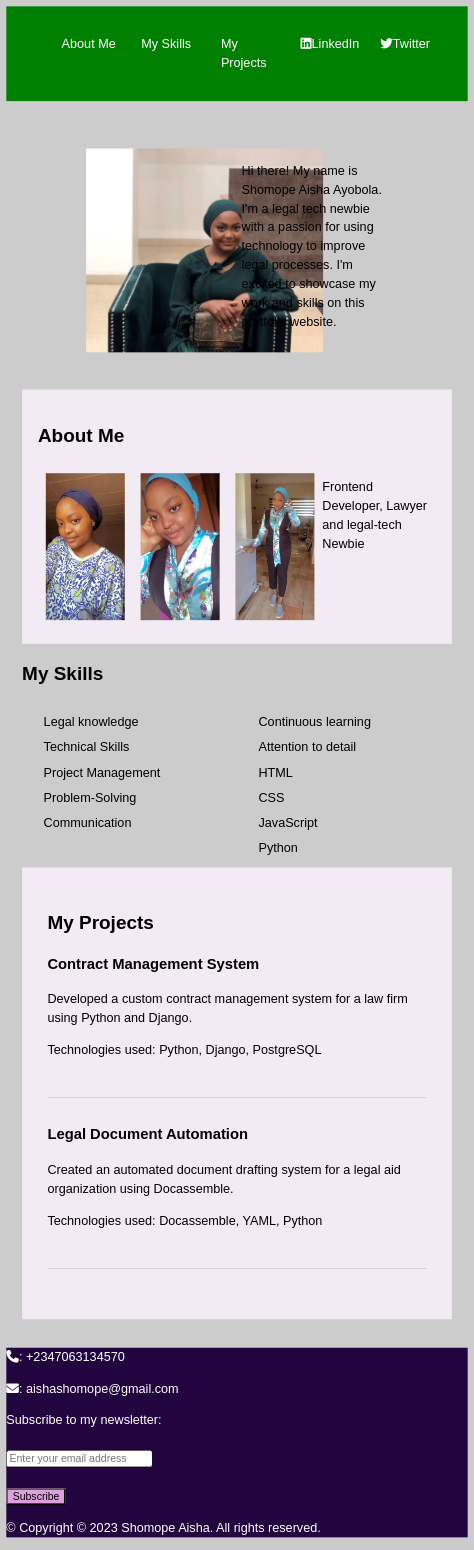
Repository: Iyewande/AishasPortfolio
Page: Index.html
An editor plug-in stored every save of this project. The page is shown before and after the next save, followed by the edit.
The browser window is 600 px wide. The pictures show the whole page, at 79% of full size.
Some web libraries are served in a nearby version.

Above is the page before, as saved 2023-05-04 23:37:23.

### Index.html
<!DOCTYPE html>
<html lang="en">
    <head>
        <meta charset="UTF-8">
        <meta http-equiv="X-UA-Compatible" content="IE=edge">
        <meta name="viewport" content="width=device-width, initial-scale=1.0">
        <title>My Legal Tech Portfolio</title>
        <link rel="stylesheet" href="Style.css">
        <script src="https://kit.fontawesome.com/dcc74d8766.js" crossorigin="anonymous"></script>
    </head>
    <body>
        <div class="main-container">
        <!-- This HTML code creates a simple portfolio website with three main sections: About Me, My Projects, and My Skills.
            The navigation menu allows visitors to easily navigate between the sections of the website. The CSS styling for
            this website is located in a separate style.css file. -->
        <header id="header">
            <div>

            </div>
            <nav>
                <ul>
                    <li><a href="#about">About Me</a></li>
                    <li><a href="#skills">My Skills</a></li>
                    <li><a href="#projects">My Projects</a></li>
                    <li><a href="https://www.linkedin.com/in/shomope-aisha-ayobola/"><i class="fa-brands fa-linkedin"></i>LinkedIn</a></li>
                    <li><a href="https://twitter.com/ShomopeAisha"><i class="fa-brands fa-twitter"></i>Twitter</a></li>
                  </ul>
            </nav>
        </header>
        <main>
            <section id="landingPage">
                <div id="image">
                    <img id="img" src="E17CF07F-F5B1-4C94-9C3E-8D25C5FEC29B.jpg" alt="A picture of me">
                </div>
                <div id="heading">
                    <p>Hi there! My name is Shomope Aisha Ayobola.  I'm a legal tech newbie with a passion for using technology to improve legal processes. I'm excited to
                        showcase my work and skills on this portfolio website.
                    </p>
                </div>

            </section>
            <section  id="about">
                <div id="aboutMe">
                    <h2>About Me</h2>
                </div>
                <div id="secondrow2">
                    <div id="gallery">
                        <img id="me1" src="IMG_0573.JPG" alt="My picture">
                        <img id="me2" src="IMG_2036.JPG" alt="My picture">
                        <img id="me3" src="IMG_2049.JPG" alt="My picture">
                    </div>
                    <div id="paragraph">
                        <p>
                            Frontend Developer, Lawyer and legal-tech Newbie
                        </p>
                    </div>
                </div>

            </section>
              <section id="skills">
                <div id="mySkills">
                    <h2>My Skills</h2>
                </div>
               <div id="list">
                    <div id="unordered">
                         <p>Legal knowledge</p>
                         <p>Technical Skills</p>
                         <p>Project Management</p>
                         <p>Problem-Solving</p>
                         <p>Communication</p>
                    </div>
                    <div id="ordered">
                        <p>Continuous learning</p>
                        <p>Attention to detail</p>
                        <p>HTML</p>
                        <p>CSS</p>
                        <p>JavaScript</p>
                        <p>Python</p>
                </div>
              </section>
              <section id="projects">
                <div class="main-container"></div>
                <h2>My Projects</h2>
                <ul>
                  <li>
                    <h3>Contract Management System</h3>
                    <p>Developed a custom contract management system for a law firm using Python and Django.</p>
                    <p>Technologies used: Python, Django, PostgreSQL</p>
                  </li>
                  <li>
                    <h3>Legal Document Automation</h3>
                    <p>Created an automated document drafting system for a legal aid organization using Docassemble.</p>
                    <p>Technologies used: Docassemble, YAML, Python</p>
                  </li>
                </ul>
              </section>
              <section>
                <!-- <h3 id="futureProjects">Future projects</h3> -->
                <!-- As a complete legal tech newbie with only legal knowledge, HTML, and CSS skills, you can still build a portfolio
                       that showcases your abilities and potential. Here are some project ideas: -->

                <!-- <ul>
                    <li>
                        <h3>Legal blog or website</h3>
                        <p>Create a blog or website that discusses legal topics, provides legal advice, or offers legal services.</p>
                        <p>Tools:My HTML and CSS skills to design and build the website, and my legal knowledge to create
                            engaging and informative content.</p>
                    </li>
                    <li>
                        <h3>Legal case study</h3>
                        <p> Analyze a legal case and create a detailed report that summarizes the facts, legal issues, and outcomes.</p>
                    </li>
                    <li>
                        <h3>Legal newsletter</h3>
                        <p>Develop a newsletter that provides updates on legal news, recent court decisions, or changes in legislation.</p>
                    </li>
                    <li>
                        <h3>Legal Podcast </h3>
                        <p>Create a podcast that discusses legal topics or features interviews with legal professionals.</p>
                    </li>
                    <li>
                        <h3>Legal infographic</h3>
                        <p>Create an infographic that explains a legal concept or process in a visually engaging way.</p>
                    </li>
                    <h3>Legal research database</h3>
                    <p>Build a legal research database that allows users to search for legal cases or statutes using keywords, topics, and other criteria.</p>
                    </li>
                    <li>
                        <h3>Document automation</h3>
                        <p>Develop a tool that automates the creation of legal documents, such as contracts or agreements, using templates and user input.</p>
                    </li>
                    <li>
                        <h3>Contract management system</h3>
                        <p>Create a system that manages the entire contract lifecycle, from drafting to negotiation to execution and beyond.</p>
                    </li>
                    <li>
                        <h3>Compliance tracking tool</h3>
                        <p>Build a tool that helps companies track their compliance with legal regulations, such as data privacy laws or labor laws.</p>
                    </li>
                    <li>
                        <h3>Legal analytics dashboard</h3>
                        <p>Develop a dashboard that provides insights and analytics on legal data, such as case outcomes or legal spend.</p>
                    </li>
                    <li>
                        <h3>E-discovery tool</h3>
                        <p>Create a tool that helps legal teams manage electronic discovery, including searching, reviewing, and producing relevant documents for litigation.</p>
                    </li>
                    <li>
                        <h3>Virtual legal assistant</h3>
                        <p>Build a virtual assistant that can answer legal questions, provide guidance on legal processes, or assist with legal research.</p>
                    </li>
                </ul>
              </section>
              <p>These projects will help demonstrate my creativity, technical skills, and understanding of legal concepts.
                They can be used to showcase my work to potential employers, clients, or collaborators in the legal tech industry.
                As I continue to learn and develop your skills, I can incorporate more advanced technical components into my
                portfolio projects.</p> -->

        </main>
        <!-- footer: contains content that appears at the bottom of the page, such as copyright information. -->
        <footer id="footer">
            <div >
                <div class="contact">
                    <p><i class="fa-sharp fa-solid fa-phone"></i>: +2347063134570</p>
                    <p><i class="fa-solid fa-envelope"></i>: aishashomope@gmail.com</p>
                </div>
                <form action="#" method="post">
                    <label for="subscribe">Subscribe to my newsletter:</label>
                    <br><br>
                    <input type="email" id="subscribe" name="subscribe" placeholder="Enter your email address">
                    <br><br>
                    <button class=btn type="submit">Subscribe</button>
                </form>
                <p>&copy; Copyright © 2023 Shomope Aisha. All rights reserved.</p>
            </div>
        </footer>
    </div>
    </body>
</html>

### Style.css
/* Specific styles */

/* Header Styles */
#header {
  background-color: rgb(34, 4, 63);
  color: #fff;
  display: flex;
}

.header-container {
  display: flex;
  justify-content: space-between;
  align-items: center;
}

nav ul {
  display: flex;
  list-style: none;
}

nav ul li {
  margin: 0 10px;
  display: inline-block;
  width: 100px;
}

nav ul li a {
  color: #fff;
  text-decoration: none;
}

#landingPage {
  display: flex;
  margin: 20px;
  padding: 20px;
  justify-content: space-around;
}

#image{
  width: 25%;
}
#img{
  width: 300px;
}

#heading{
  width: 40%;
}

#secondrow2{
  display: flex;
  justify-content: space-evenly;
}

#gallery{
  display: flex;
  flex-direction: row;
}

#me1{
  flex: 30%;
  padding: 10px;
  width: 100px;
}

#me2{
  flex: 30%;
padding: 10px;
width: 100px;
}

#me3{
  flex: 30%;
padding: 10px;
width: 100px;
}

  #about {
    background-color: rgb(243, 235, 243);
    padding: 20px;
  }

  #about p {
    margin-bottom: 1em;
  }
  #aboutMe h2{
    font-size: 24px;
  }

  #projects ul {
    list-style: none;
    margin: 0;
    padding: 0;
  }

  #projects li {
    border-bottom: 1px solid #ccc;
    margin-bottom: 2em;
    padding-bottom: 2em;
  }

  #projects h3 {
    margin-top: 0;
  }

  #projects p {
    margin-bottom: 1em;
  }

  #projects {
    background-color: rgb(243, 235, 243);
    padding: 2em;
  }

  #futureProjects li {
    background-color: rgb(243, 235, 243);
    padding: 2em;
  }


  #skills ul {
    display: grid;
    grid-template-columns: repeat(auto-fit, minmax(120px, 1fr));
    grid-gap: 1em;
  }

  #skills li {
    background-color: #f7f7f7;
    border: 1px solid #ccc;
    border-radius: 4px;
    padding: 1em;
    text-align: center;
  }

  #list{
    display: flex;
    justify-content: space-around;
  }

  #unordered{
    width: 40%;
    line-height: 1;
  }

  #ordered{
    width: 40%;
    line-height: 1;
  }


   */
  /* Global Styles */
* {
    box-sizing: border-box;
    margin: 0;
    padding: 0;
}

body {
    font-family: Arial, sans-serif;
    font-size: 16px;
    line-height: 1.5;
}

header, main {
    max-width: 1200px;
    margin: 0 auto;
    padding: 20px;
}

/* Footer styles */
footer{
    background-color: rgb(34, 4, 63);
    color: #fff;
}
/* Hover Style */
nav ul li a:hover {
    text-decoration: underline;
}

.btn {
    background-color:plum;
}
.btn:hover {
    background-color:purple;
    color: white;
}

/* Focus Style */
input:focus {
    background-color: plum;
  }

/* Pseudo style */
h3{
    font-weight: bold;
}

@media (max-width: 320px){
  body{
    background-color:aqua
  }
  #header{
    display: flex;
    flex-direction: column;
    background-color:green
  }
  #header-container{
    display: flex;
  justify-content: space-between;
  align-items: left;
  }
  nav ul li {
    display: flex;
    flex-direction: column;
  }

}

@media (min-width:320px) and (max-width:480px) {

}

@media (max-width:767px) {
  body{
    background-color:#ccc
  }
  #header{
    display: flex;
    flex-direction: column;
    background-color:green
  }
  #header-container{
    display: flex;
  justify-content: space-between;
  align-items: left;
  }
  nav ul li {
    display: flex;
    flex-direction: column;
  }
}

After the next save:
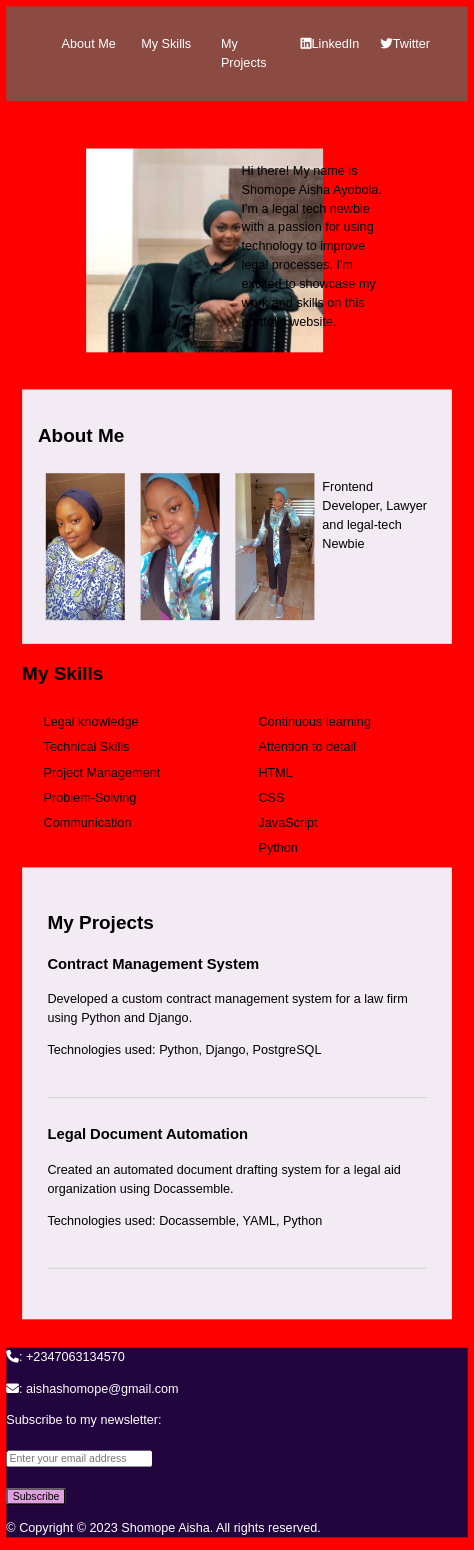
Saved 68 s later.
--- a/Style.css
+++ b/Style.css
@@ -223,12 +223,12 @@ h3{
 
 @media (max-width:767px) {
   body{
-    background-color:#ccc
+    background-color:red
   }
   #header{
     display: flex;
     flex-direction: column;
-    background-color:green
+    background-color:rgb(139, 74, 66)
   }
   #header-container{
     display: flex;
